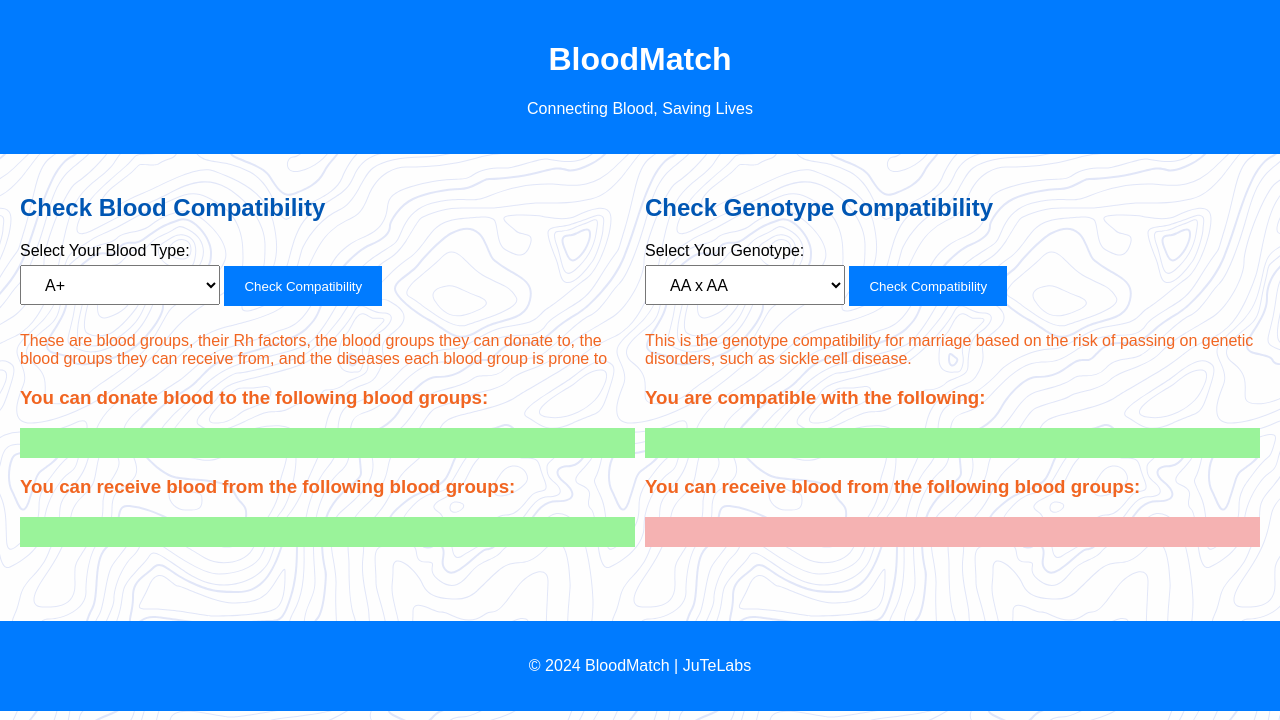
Repository: JuliusMonday/BloodMatch
Page: index.html
An editor plug-in stored every save of this project. The page is shown before and after a run of saves, followed by the edit.
The browser window is 1280 px wide. The pictures show the whole page.

Above is the page before, as saved 2024-05-03 12:06:04.

After the next 2 saves:
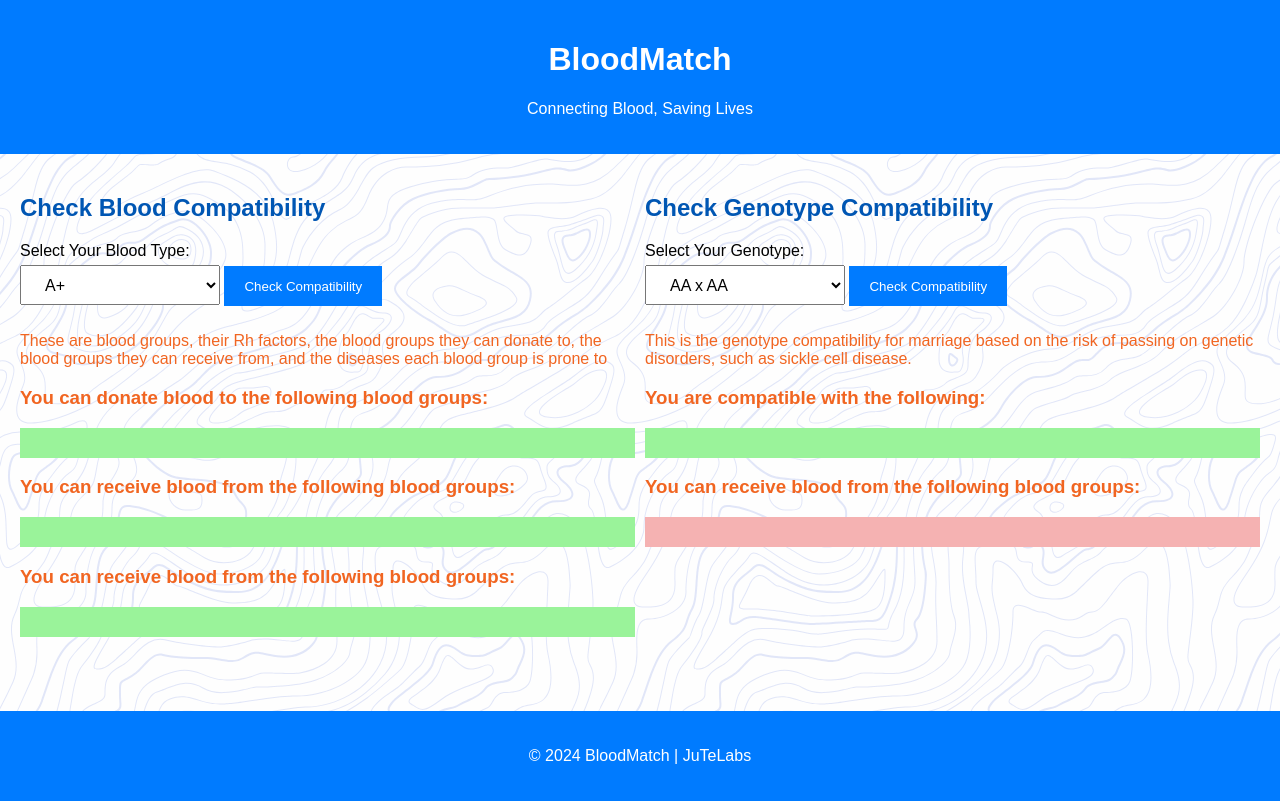
The 2 saves are shown as one change because they came seconds apart.
The last was saved 2 min 33 s later.
--- a/index.html
+++ b/index.html
@@ -36,6 +36,10 @@
             <h3>You can receive blood from the following blood groups:</h3>
             <p id="receive-from-bg" style="background-color:rgb(154, 243, 154); padding:15px; font-weight: bold;"></p>
         </div>
+        <div class="receive-from">
+          <h3>You can receive blood from the following blood groups:</h3>
+          <p id="receive-from-bg" style="background-color:rgb(154, 243, 154); padding:15px; font-weight: bold;"></p>
+      </div>
       </div>
     </section>
     <section id="genotype">
